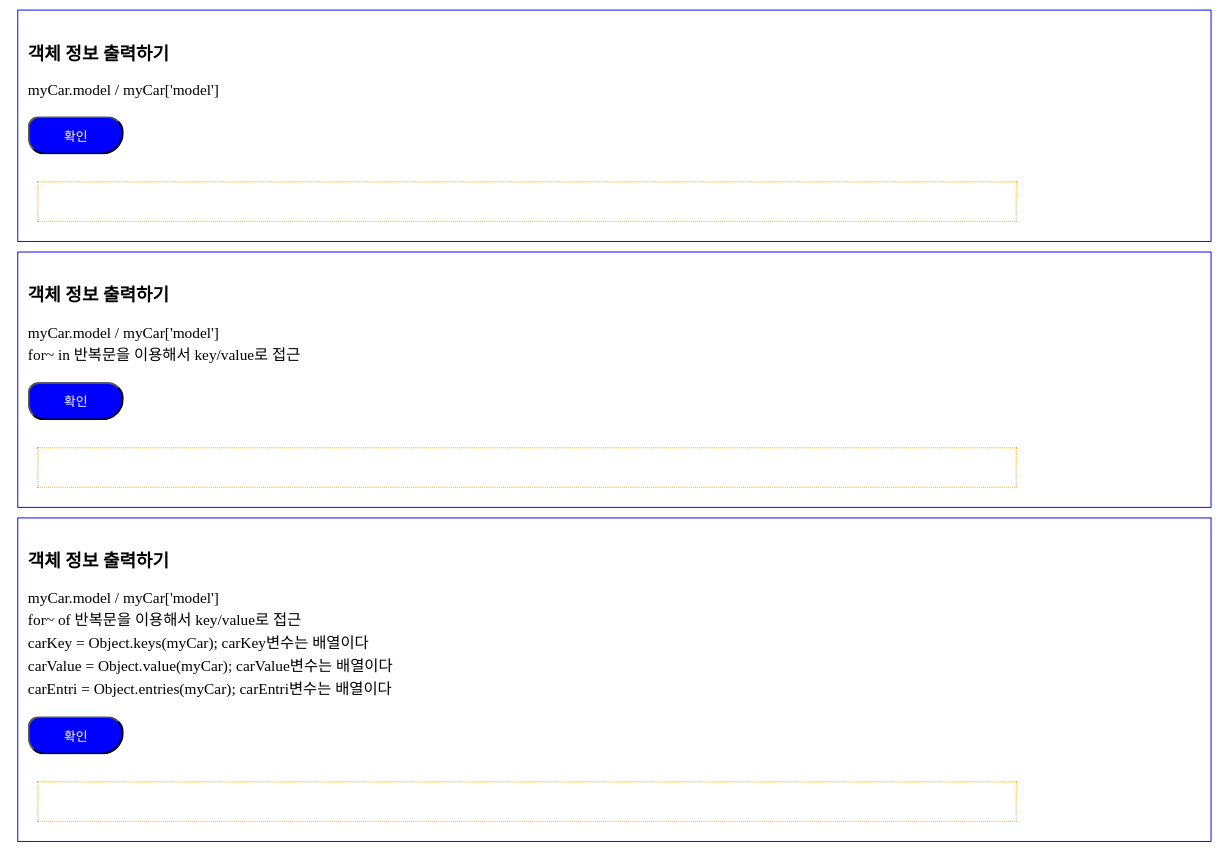
Repository: seonyeob94/BasicWeb
Page: webpro/src/main/webapp/0318/리터럴객체_myCar.html
An editor plug-in stored every save of this project. The page is shown before and after the next save, followed by the edit.
The browser window is 1280 px wide. The pictures show the whole page, at 96% of full size.
After loading, the first visible `input[onclick="proc3()"]` was clicked once.

Above is the page before, as saved 2025-03-18 03:45:21.

### webpro/src/main/webapp/0318/리터럴객체_myCar.html
<!DOCTYPE html>
<html>
<head>
<meta charset="UTF-8">
<title>Insert title here</title>
<link rel="stylesheet" href="../css/public.css">
<script type="text/javascript">

const myCar = {

		model : "x5",
		make : "bmw",
		year : 2020,
		speed : 100,

		/* brak : function(){
			this.speed = 0;
		},
		accel : function(){
			this.speed =100;
		} */
		brake() {
			this.speed = 0;
		},

		accel() {
			this.speed =100;
		}
}

const proc1 = () => {
	//정보출력
	res= `***myCar의 정보***<br>`;
	res+= `이름 : ${myCar.model}<br>` // ${myCar[model]}
	res+= `제조사 : ${myCar.make}<br>`
	res+= `연식 : ${myCar.year}<br>`

 	document.getElementById('result1').innerHTML = res;
}

const proc2 = () => {

	res= `===myCar의 정보===<br>`;

	str="";

	for(let x in myCar){
		//x에는 myCar의 속성 이름이 대입
// 		str += `${x} <br>`;
		str += ` myCar[${x}] : ${myCar[x]} <br> `;
	}
	document.getElementById('result2').innerHTML = str;

}

const proc3 = () => {
	let carKey = Object.keys(myCar);
	console.log(carKey);
	let str = "";
	for(i=0; i<carKey.length; i++){
		carKey[i] + "<br>";
	}
	document.getElementById('result3').innerHTML = str;

}

</script>
</head>
<body>


<div class="box">
  <h3>객체 정보 출력하기</h3>
  myCar.model / myCar['model']<br><br>
  <input type="button" value="확인" onclick="proc1()">
  <br><br>
  <div id="result1"></div>
</div>


<div class="box">
  <h3>객체 정보 출력하기</h3>
  myCar.model / myCar['model']<br>
  for~ in 반복문을 이용해서 key/value로 접근<br><br>
  <input type="button" value="확인" onclick="proc2()">
  <br><br>
  <div id="result2"></div>
</div>


<div class="box">
  <h3>객체 정보 출력하기</h3>
  myCar.model / myCar['model']<br>
  for~ of 반복문을 이용해서 key/value로 접근<br>
  carKey = Object.keys(myCar); carKey변수는 배열이다<br>
  carValue = Object.value(myCar); carValue변수는 배열이다<br>
  carEntri = Object.entries(myCar); carEntri변수는 배열이다<br><br>
  <input type="button" value="확인" onclick="proc3()">
  <br><br>
  <div id="result3"></div>
</div>

</body>
</html>

### webpro/src/main/webapp/css/public.css
@charset "UTF-8";

form {
	background: #f1faa1;
	border: 10px solid yellow;
	padding: 20px;
}

.box{
	border : 1px solid blue;
	margin : 10px;
	padding : 10px;

}
.box input[type=button]{

	width : 100px;
	height : 40px;
	background : blue;
	color : white;
	border-radius: 40px 60px 80px;
}

.box div{
	border : 1px dotted orange;
	width : 80%;
	padding : 20px;
	margin : 10px;
}

After the next save:
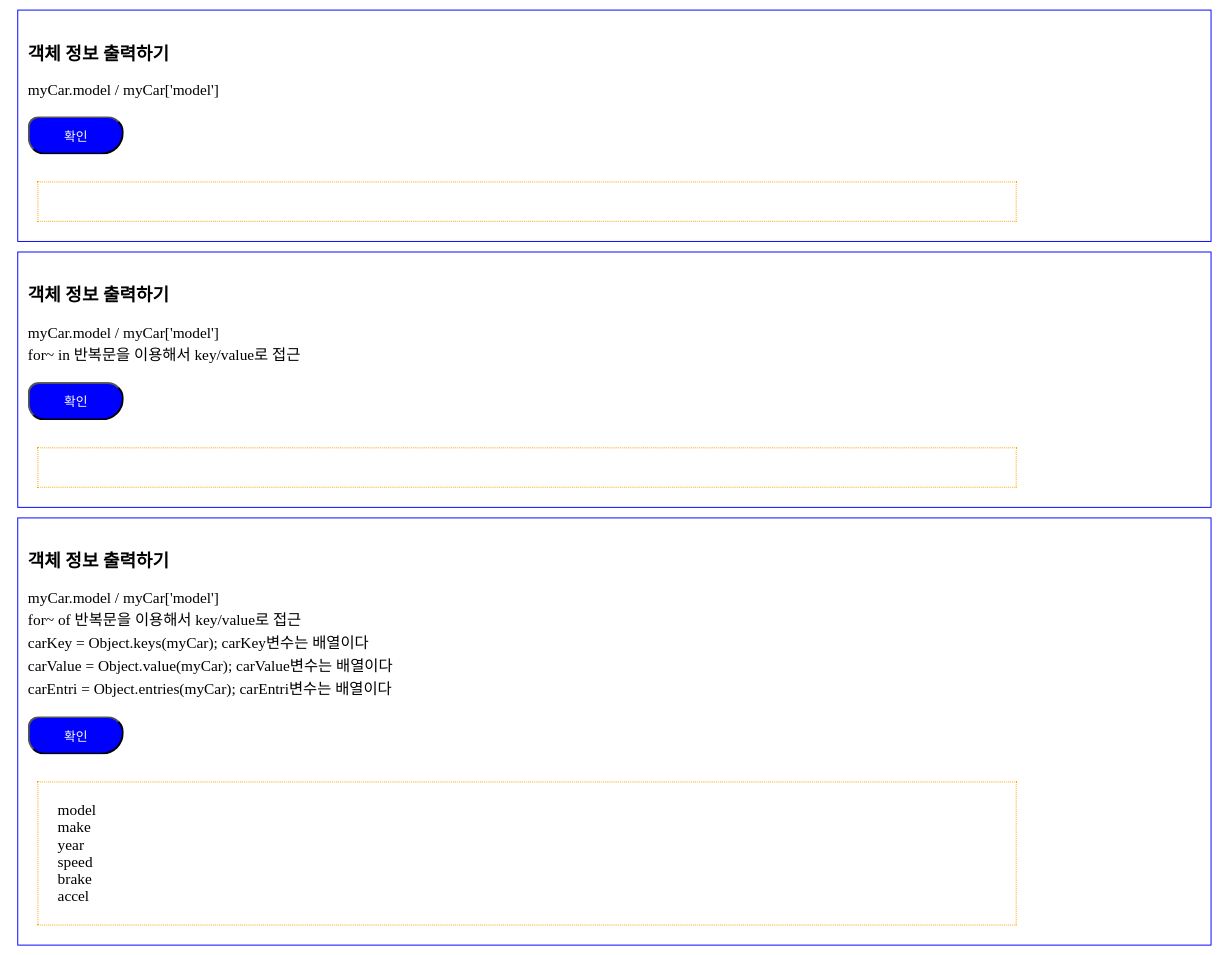
Saved 41 s later.
--- a/webpro/src/main/webapp/0318/리터럴객체_myCar.html
+++ b/webpro/src/main/webapp/0318/리터럴객체_myCar.html
@@ -58,7 +58,7 @@ const proc3 = () => {
 	console.log(carKey);
 	let str = "";
 	for(i=0; i<carKey.length; i++){
-		carKey[i] + "<br>";
+		str += carKey[i] + "<br>";
 	}
 	document.getElementById('result3').innerHTML = str;
 
